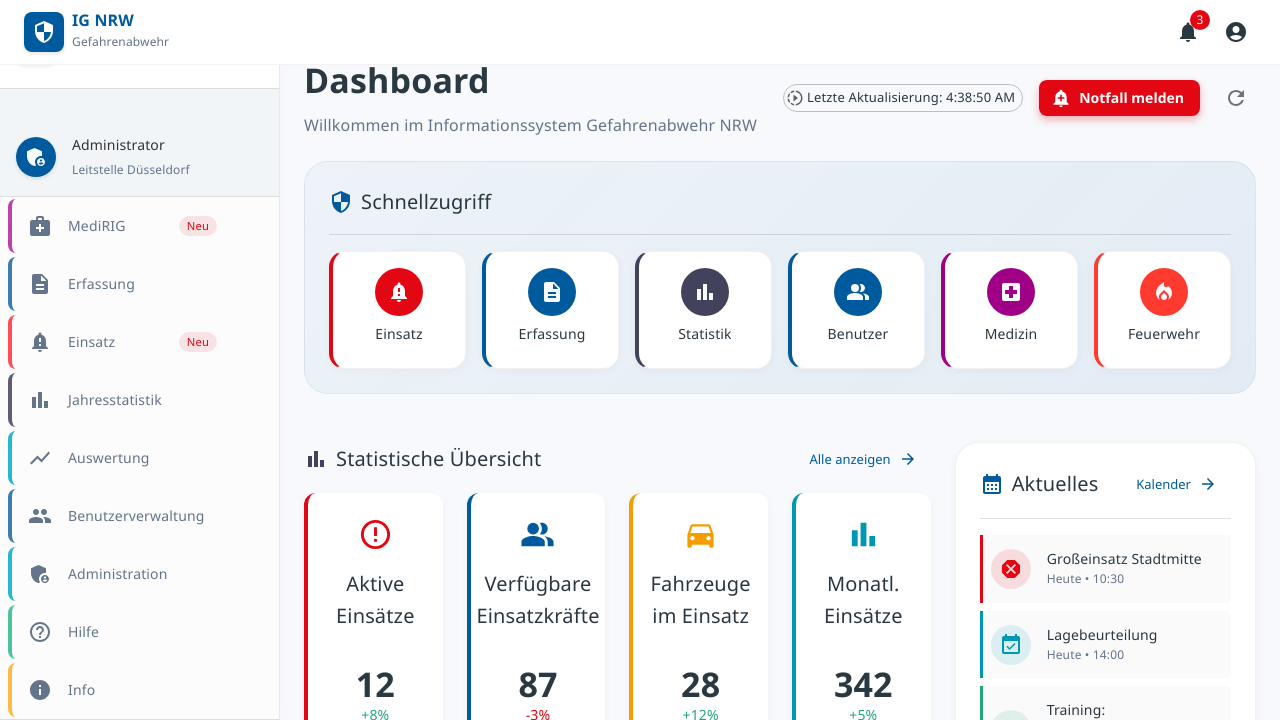
Repository: bynrw/sidebar
Page: /
These files come from the project's save history. The page is drawn as it stood at one moment and after the next save; the edit follows.
The browser window is 1280 px wide. The pictures show the whole page.
An inner scrolling area shows only its first screen. The project was rebuilt for these pictures with package versions that can differ from the ones it lists, and the page was loaded fresh each time.

Above is the page before, as saved 2025-04-22 11:17:12.

### public/index.html
<!DOCTYPE html>
<html lang="en">
  <head>
    <meta charset="utf-8" />
    <link rel="icon" href="%PUBLIC_URL%/favicon.ico" />
    <meta name="viewport" content="width=device-width, initial-scale=1" />
    <meta name="theme-color" content="#000000" />
    <meta
      name="description"
      content="Modern React Application with Material UI"
    />
    <link rel="apple-touch-icon" href="%PUBLIC_URL%/logo192.png" />
    <link rel="manifest" href="%PUBLIC_URL%/manifest.json" />
    <link
      rel="stylesheet"
      href="https://fonts.googleapis.com/css?family=Roboto:300,400,500,700&display=swap"
    />
    <title>React App with Modern Sidebar</title>
  </head>
  <body>
    <noscript>You need to enable JavaScript to run this app.</noscript>
    <div id="root"></div>
  </body>
</html>

### src/index.js
import React from 'react';
import ReactDOM from 'react-dom/client';
import { BrowserRouter } from 'react-router-dom';
import App from './App';
import { CssBaseline } from '@mui/material';
import { ThemeProvider, createTheme } from '@mui/material/styles';

// Create a theme instance with modern colors
const theme = createTheme({
  palette: {
    primary: {
      main: '#1976d2',
    },
    secondary: {
      main: '#dc004e',
    },
    background: {
      default: '#f5f5f5',
    },
  },
  typography: {
    fontFamily: '"Roboto", "Helvetica", "Arial", sans-serif',
  },
});

const root = ReactDOM.createRoot(document.getElementById('root'));
root.render(
  <React.StrictMode>
    <ThemeProvider theme={theme}>
      <CssBaseline />
      <BrowserRouter>
        <App />
      </BrowserRouter>
    </ThemeProvider>
  </React.StrictMode>
);

### src/App.js
import React from 'react';
import { Routes, Route } from 'react-router-dom';
import { ThemeProvider, CssBaseline } from '@mui/material';
import theme from './theme';

// Layout
import MainLayout from './components/layout/MainLayout';

// Pages
import HomePage from './components/pages/HomePage';
import Erfassung from './components/pages/Erfassung';
import Auswertung from './components/pages/Auswertung';
import Administration from './components/pages/Administration';
import Hilfe from './components/pages/Hilfe';
import Info from './components/pages/Info';
import Einsatz from './components/pages/Einsatz';
import Benutzerverwaltung from './components/pages/Benutzerverwaltung';
import MediRIG from './components/pages/MediRIG';
import Jahresstatistik from './components/pages/Jahresstatistik';

function App() {
  return (
    <ThemeProvider theme={theme}>
      <CssBaseline />
      <Routes>
        <Route path="/" element={<MainLayout />}>
          <Route index element={<HomePage />} />
          <Route path="erfassung/*" element={<Erfassung />} />
          <Route path="medirig/*" element={<MediRIG />} />
          <Route path="auswertung/*" element={<Auswertung />} />
          <Route path="administration/*" element={<Administration />} />
          <Route path="hilfe/*" element={<Hilfe />} />
          <Route path="info/*" element={<Info />} />
          <Route path="einsatz/*" element={<Einsatz />} />
          <Route path="benutzerverwaltung/*" element={<Benutzerverwaltung />} />
          <Route path="jahresstatistik/*" element={<Jahresstatistik />} />
        </Route>
      </Routes>
    </ThemeProvider>
  );
}

export default App;

### src/components/pages/Info.js
import React from 'react';
import { Box, Typography, Paper, Breadcrumbs, Link, Container, Grid, Card, CardContent, CardActions, Button } from '@mui/material';
import { Routes, Route, Link as RouterLink, useLocation, useNavigate } from 'react-router-dom';
import NavigateNextIcon from '@mui/icons-material/NavigateNext';
import NewReleasesIcon from '@mui/icons-material/NewReleases';
import GavelIcon from '@mui/icons-material/Gavel';
import InfoIcon from '@mui/icons-material/Info';
import theme from '../../theme';

// Untermenü-Struktur
const subMenuItems = [
  {
    title: 'Versionshinweise',
    description: 'Informationen zu Versionen und Updates',
    icon: <NewReleasesIcon fontSize="large" sx={{ color: 'warning.main' }} />,
    path: '/info/versions'
  },
  {
    title: 'Lizenzen',
    description: 'Lizenzinformationen und rechtliche Hinweise',
    icon: <GavelIcon fontSize="large" sx={{ color: 'warning.main' }} />,
    path: '/info/lizenzen'
  },
  {
    title: 'Über',
    description: 'Allgemeine Systeminformationen',
    icon: <InfoIcon fontSize="large" sx={{ color: 'warning.main' }} />,
    path: '/info/ueber'
  }
];

// Subpages
const Versions = () => (
  <Paper sx={{ p: 3 }}>
    <Typography variant="h5" gutterBottom>Versionshinweise</Typography>
    <Typography variant="body1">Informationen zu Systemversionen und Updates.</Typography>
  </Paper>
);

const Lizenzen = () => (
  <Paper sx={{ p: 3 }}>
    <Typography variant="h5" gutterBottom>Lizenzen</Typography>
    <Typography variant="body1">Lizenzinformationen und rechtliche Hinweise.</Typography>
  </Paper>
);

const About = () => (
  <Paper sx={{ p: 3 }}>
    <Typography variant="h5" gutterBottom>Über</Typography>
    <Typography variant="body1">Allgemeine Informationen über das System und seine Entwicklung.</Typography>
  </Paper>
);

function Info() {
  const location = useLocation();
  const navigate = useNavigate();
  const pathSegments = location.pathname.split('/').filter(Boolean);

  return (
    <Container maxWidth="lg">
      <Box sx={{ mb: 4 }}>
        <Typography variant="h4" gutterBottom>Info</Typography>
        <Breadcrumbs
          separator={<NavigateNextIcon fontSize="small" />}
          aria-label="breadcrumb"
          sx={{ mb: 3 }}
        >
          <Link component={RouterLink} to="/" underline="hover" color="inherit">
            Home
          </Link>
          <Link component={RouterLink} to="/info" underline="hover" color="inherit">
            Info
          </Link>
          {pathSegments.length > 1 && (
            <Typography color="text.primary">
              {pathSegments[1].charAt(0).toUpperCase() + pathSegments[1].slice(1)}
            </Typography>
          )}
        </Breadcrumbs>
      </Box>

      <Box sx={{ mb: 3 }}>
        <Routes>
          <Route index element={
            <Box>
              <Typography variant="h5" gutterBottom sx={{ mb: 3 }}>Informationsbereich</Typography>
              <Typography variant="body1" paragraph>
                In diesem Bereich finden Sie allgemeine Informationen zum System, Versionshinweise und Lizenzinformationen.
              </Typography>

              <Grid container spacing={3}>
                {subMenuItems.map((item) => (
                  <Grid item xs={12} sm={6} md={4} key={item.title}>
                    <Card
                      sx={{
                        height: '100%',
                        display: 'flex',
                        flexDirection: 'column',
                        transition: 'transform 0.2s, box-shadow 0.2s',
                        '&:hover': {
                          transform: 'translateY(-5px)',
                          boxShadow: 4,
                        },
                        cursor: 'pointer',
                        borderRadius: 3,
                        border: '1px solid rgba(0,0,0,0.05)',
                        borderLeft: `4px solid ${theme.palette.warning.main}`
                      }}
                      onClick={() => navigate(item.path)}
                    >
                      <CardContent sx={{ padding: 3, flexGrow: 1, display: 'flex', flexDirection: 'column', alignItems: 'center', textAlign: 'center' }}>
                        <Box sx={{ mb: 2, display: 'flex', justifyContent: 'center' }}>
                          {item.icon}
                        </Box>
                        <Typography variant="h6" component="h2" gutterBottom>
                          {item.title}
                        </Typography>
                        <Typography variant="body2" color="text.secondary">
                          {item.description}
                        </Typography>
                      </CardContent>
                      <CardActions sx={{ justifyContent: 'center', pb: 2 }}>
                        <Button size="small" color="warning" onClick={() => navigate(item.path)}>
                          Öffnen
                        </Button>
                      </CardActions>
                    </Card>
                  </Grid>
                ))}
              </Grid>
            </Box>
          } />
          <Route path="versions" element={<Versions />} />
          <Route path="lizenzen" element={<Lizenzen />} />
          <Route path="ueber" element={<About />} />
        </Routes>
      </Box>
    </Container>
  );
}

export default Info;

### src/components/pages/MediRIG.js
import React from 'react';
import { Box, Typography, Paper, Breadcrumbs, Link, Container, Grid } from '@mui/material';
import { Routes, Route, Link as RouterLink, useLocation, useNavigate } from 'react-router-dom';
import NavigateNextIcon from '@mui/icons-material/NavigateNext';
import PeopleAltIcon from '@mui/icons-material/PeopleAlt';
import LocalHospitalIcon from '@mui/icons-material/LocalHospital';
import SearchIcon from '@mui/icons-material/Search';
import CustomCard from '../layout/CustomCard';

// MediRIG Untermenüs
const mediRIGSubMenuItems = [
  {
    title: 'Teilnehmer Bettnachweis',
    description: 'Verwaltung der Teilnehmer am Bettennachweis',
    icon: <PeopleAltIcon fontSize="large" sx={{ color: 'medical.main' }} />,
    path: '/medirig/teilnehmer-bettnachweis',
    borderStyle: {
      borderLeft: '4px solid',
      borderColor: 'medical.main'
    }
  },
  {
    title: 'Krankenhausdaten',
    description: 'Daten der Krankenhäuser verwalten',
    icon: <LocalHospitalIcon fontSize="large" sx={{ color: 'medical.main' }} />,
    path: '/medirig/krankenhausdaten',
    borderStyle: {
      borderLeft: '4px solid',
      borderColor: 'medical.main'
    }
  },
  {
    title: 'Krankenhaussuche',
    description: 'Krankenhäuser nach verschiedenen Kriterien suchen',
    icon: <SearchIcon fontSize="large" sx={{ color: 'medical.main' }} />,
    path: '/medirig/krankenhaussuche',
    borderStyle: {
      borderLeft: '4px solid',
      borderColor: 'medical.main'
    }
  }
];

// MediRIG Subcomponents
const TeilnehmerBettnachweis = () => (
  <Paper sx={{ p: 3 }}>
    <Typography variant="h5" gutterBottom>Teilnehmer Bettnachweis</Typography>
    <Typography variant="body1">Verwaltung und Übersicht aller Teilnehmer am Bettennachweis.</Typography>
  </Paper>
);

const Krankenhausdaten = () => (
  <Paper sx={{ p: 3 }}>
    <Typography variant="h5" gutterBottom>Krankenhausdaten</Typography>
    <Typography variant="body1">Hier können Sie die Daten der Krankenhäuser einsehen und bearbeiten.</Typography>
  </Paper>
);

const Krankenhaussuche = () => (
  <Paper sx={{ p: 3 }}>
    <Typography variant="h5" gutterBottom>Krankenhaussuche</Typography>
    <Typography variant="body1">Suchen Sie nach Krankenhäusern anhand verschiedener Kriterien.</Typography>
  </Paper>
);

function MediRIG() {
  const location = useLocation();
  const navigate = useNavigate();
  const pathSegments = location.pathname.split('/').filter(Boolean);

  return (
    <Container maxWidth="lg">
      <Box sx={{ mb: 4 }}>
        <Typography variant="h4" gutterBottom>MediRIG</Typography>
        <Breadcrumbs
          separator={<NavigateNextIcon fontSize="small" />}
          aria-label="breadcrumb"
          sx={{ mb: 3 }}
        >
          <Link component={RouterLink} to="/" underline="hover" color="inherit">
            Home
          </Link>
          <Link component={RouterLink} to="/medirig" underline="hover" color="inherit">
            MediRIG
          </Link>
          {pathSegments.length > 1 && (
            <Typography color="text.primary">
              {pathSegments[1].split('-').map(word => word.charAt(0).toUpperCase() + word.slice(1)).join(' ')}
            </Typography>
          )}
        </Breadcrumbs>
      </Box>

      <Box sx={{ mb: 3 }}>
        <Routes>
          <Route index element={
            <Box>
              <Typography variant="h5" gutterBottom sx={{ mb: 3 }}>MediRIG - Medizinisches Rettungsinformationsgerät</Typography>
              <Typography variant="body1" paragraph>
                MediRIG unterstützt medizinisches Personal bei der Erfassung und Dokumentation von Patientendaten im Rettungseinsatz.
              </Typography>

              <Grid container spacing={3}>
                {mediRIGSubMenuItems.map((item) => (
                  <Grid item xs={12} sm={6} md={4} key={item.title}>
                    <CustomCard
                      title={item.title}
                      description={item.description}
                      icon={item.icon}
                      path={item.path}
                      accentColor="medical.main"
                    />
                  </Grid>
                ))}
              </Grid>
            </Box>
          } />

          {/* MediRIG Untermenüs */}
          <Route path="teilnehmer-bettnachweis" element={<TeilnehmerBettnachweis />} />
          <Route path="krankenhausdaten" element={<Krankenhausdaten />} />
          <Route path="krankenhaussuche" element={<Krankenhaussuche />} />
        </Routes>
      </Box>
    </Container>
  );
}

export default MediRIG;

### src/components/layout/CustomCard.js
import React from 'react';
import { Card, CardContent, CardActions, Typography, Box, Button } from '@mui/material';
import { useNavigate } from 'react-router-dom';

/**
 * Einheitliche Kachelkomponente für das gesamte Projekt
 *
 * @param {Object} props - Die Komponenten-Props
 * @param {string} props.title - Titel der Kachel
 * @param {string} props.description - Beschreibung der Kachel
 * @param {React.ReactNode} props.icon - Icon-Komponente
 * @param {string} props.path - Navigationspfad (optional)
 * @param {string} props.accentColor - Akzentfarbe (default: 'primary.main')
 * @param {Object} props.stats - Statistikdaten (optional) { value, unit, change }
 * @param {Object} props.additionalInfo - Zusätzliche Informationen (optional)
 * @param {function} props.onClick - Optionale Click-Handler-Funktion
 */
const CustomCard = ({
  title,
  description,
  icon,
  path,
  accentColor = 'primary.main',
  stats,
  additionalInfo,
  onClick,
  children
}) => {
  const navigate = useNavigate();

  const handleClick = () => {
    if (onClick) {
      onClick();
    } else if (path) {
      navigate(path);
    }
  };

  return (
    <Card
      sx={{
        height: '100%',
        display: 'flex',
        flexDirection: 'column',
        transition: 'transform 0.2s, box-shadow 0.2s',
        '&:hover': {
          transform: 'translateY(-5px)',
          boxShadow: 4,
        },
        cursor: path || onClick ? 'pointer' : 'default',
        borderLeft: '4px solid',
        borderColor: accentColor
      }}
      onClick={handleClick}
    >
      <CardContent sx={{
        padding: 3,
        flexGrow: 1,
        display: 'flex',
        flexDirection: 'column',
        alignItems: 'center',
        textAlign: 'center'
      }}>
        {icon && (
          <Box sx={{ mb: 2, display: 'flex', justifyContent: 'center' }}>
            {React.cloneElement(icon, {
              fontSize: "large",
              sx: { color: accentColor }
            })}
          </Box>
        )}

        <Typography variant="h6" component="h2" gutterBottom>
          {title}
        </Typography>

        <Typography variant="body2" color="text.secondary" sx={{ mb: 2 }}>
          {description}
        </Typography>

        {stats && (
          <Box sx={{ width: '100%', mt: 1 }}>
            <Typography variant="h4" component="div" sx={{ fontWeight: 'bold' }}>
              {stats.value}{stats.unit && <Typography component="span" variant="body2">{stats.unit}</Typography>}
            </Typography>

            {stats.change && (
              <Typography
                variant="body2"
                sx={{
                  color: stats.change > 0 ? 'success.main' : 'error.main',
                  display: 'flex',
                  alignItems: 'center',
                  justifyContent: 'center'
                }}
              >
                {stats.change > 0 ? '+' : ''}{stats.change}%
              </Typography>
            )}
          </Box>
        )}

        {additionalInfo && (
          <Box sx={{ width: '100%', mt: 2 }}>
            {Object.entries(additionalInfo).map(([key, value]) => (
              <Typography key={key} variant="body2" sx={{ display: 'flex', justifyContent: 'space-between' }}>
                <span>{key}:</span>
                <span>{value}</span>
              </Typography>
            ))}
          </Box>
        )}

        {children}
      </CardContent>

      {path && (
        <CardActions sx={{ justifyContent: 'center', pb: 2 }}>
          <Button size="small" color="primary" onClick={() => navigate(path)}>
            Öffnen
          </Button>
        </CardActions>
      )}
    </Card>
  );
};

export default CustomCard;

Loaded but not shown: src/components/layout/MainLayout.js (1500 lines, source omitted); src/components/pages/Erfassung.js (883 lines, source omitted); src/components/pages/HomePage.js (710 lines, source omitted); src/components/pages/Jahresstatistik.js (483 lines, source omitted); src/components/pages/Auswertung.js (332 lines, source omitted); src/components/pages/Administration.js (310 lines, source omitted); src/components/pages/Benutzerverwaltung.js (314 lines, source omitted); src/components/pages/Einsatz.js (238 lines, source omitted); src/theme.js (324 lines, source omitted); src/components/pages/Hilfe.js (142 lines, source omitted)

After the next save:
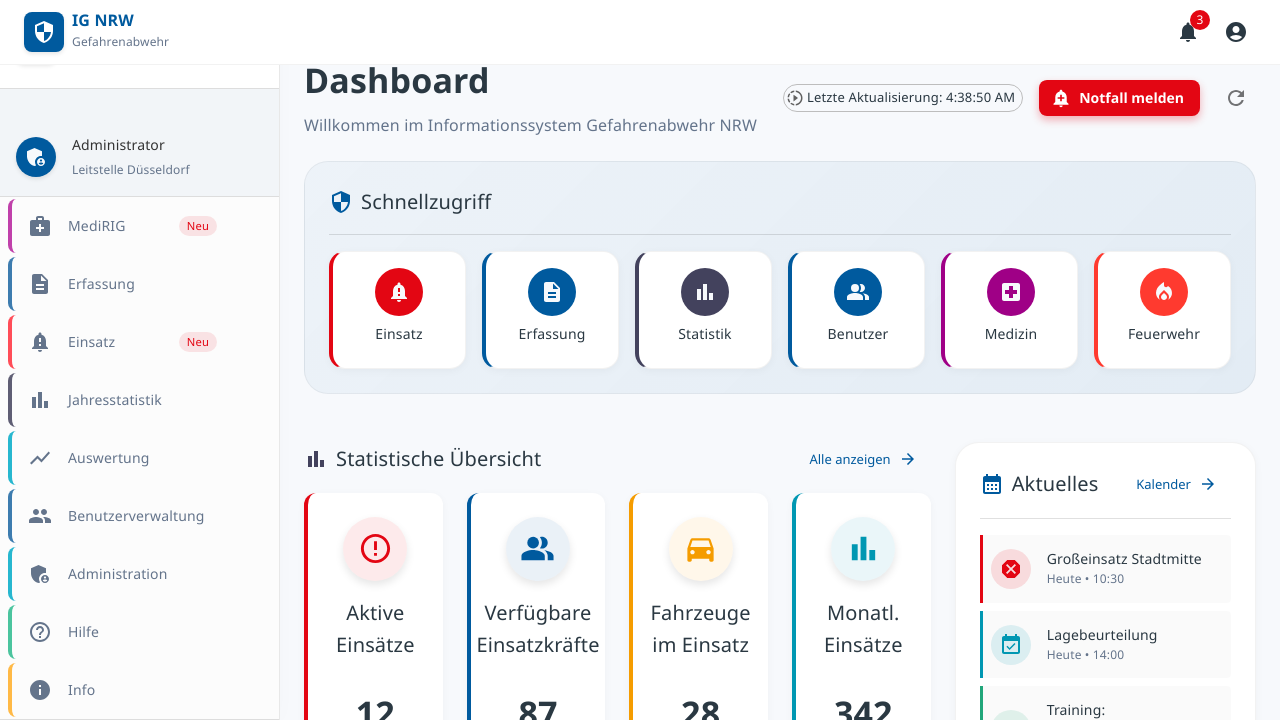
Saved 5 min 18 s later.
--- a/src/components/layout/CustomCard.js
+++ b/src/components/layout/CustomCard.js
@@ -62,7 +62,18 @@
         textAlign: 'center'
       }}>
         {icon && (
-          <Box sx={{ mb: 2, display: 'flex', justifyContent: 'center' }}>
+          <Box sx={{
+            mb: 2,
+            display: 'flex',
+            justifyContent: 'center',
+            backgroundColor: `${accentColor}15`,  // 15% Transparenz der Akzentfarbe
+            borderRadius: '50%',
+            padding: '16px',
+            width: '64px',
+            height: '64px',
+            alignItems: 'center',
+            boxShadow: '0 4px 8px rgba(0,0,0,0.1)'
+          }}>
             {React.cloneElement(icon, {
               fontSize: "large",
               sx: { color: accentColor }

After the save that followed:
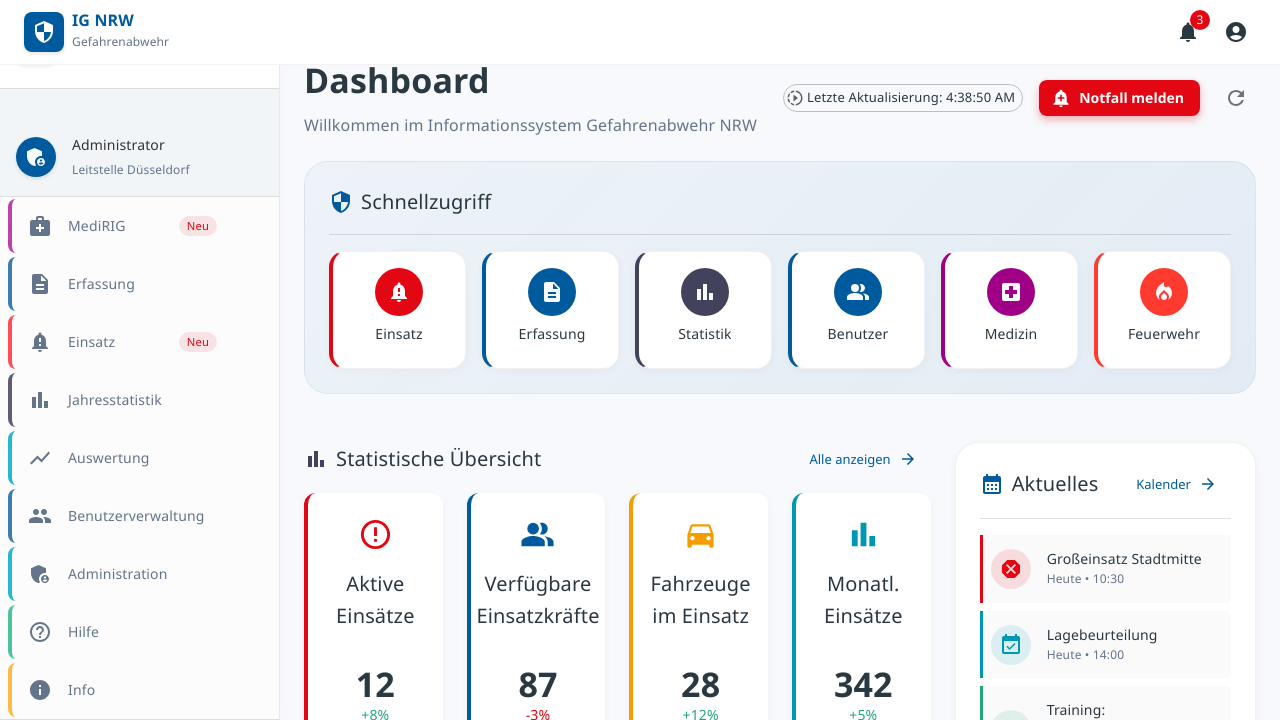
Saved 45 s later.
--- a/src/components/layout/CustomCard.js
+++ b/src/components/layout/CustomCard.js
@@ -62,18 +62,7 @@
         textAlign: 'center'
       }}>
         {icon && (
-          <Box sx={{
-            mb: 2,
-            display: 'flex',
-            justifyContent: 'center',
-            backgroundColor: `${accentColor}15`,  // 15% Transparenz der Akzentfarbe
-            borderRadius: '50%',
-            padding: '16px',
-            width: '64px',
-            height: '64px',
-            alignItems: 'center',
-            boxShadow: '0 4px 8px rgba(0,0,0,0.1)'
-          }}>
+          <Box sx={{ mb: 2, display: 'flex', justifyContent: 'center' }}>
             {React.cloneElement(icon, {
               fontSize: "large",
               sx: { color: accentColor }
